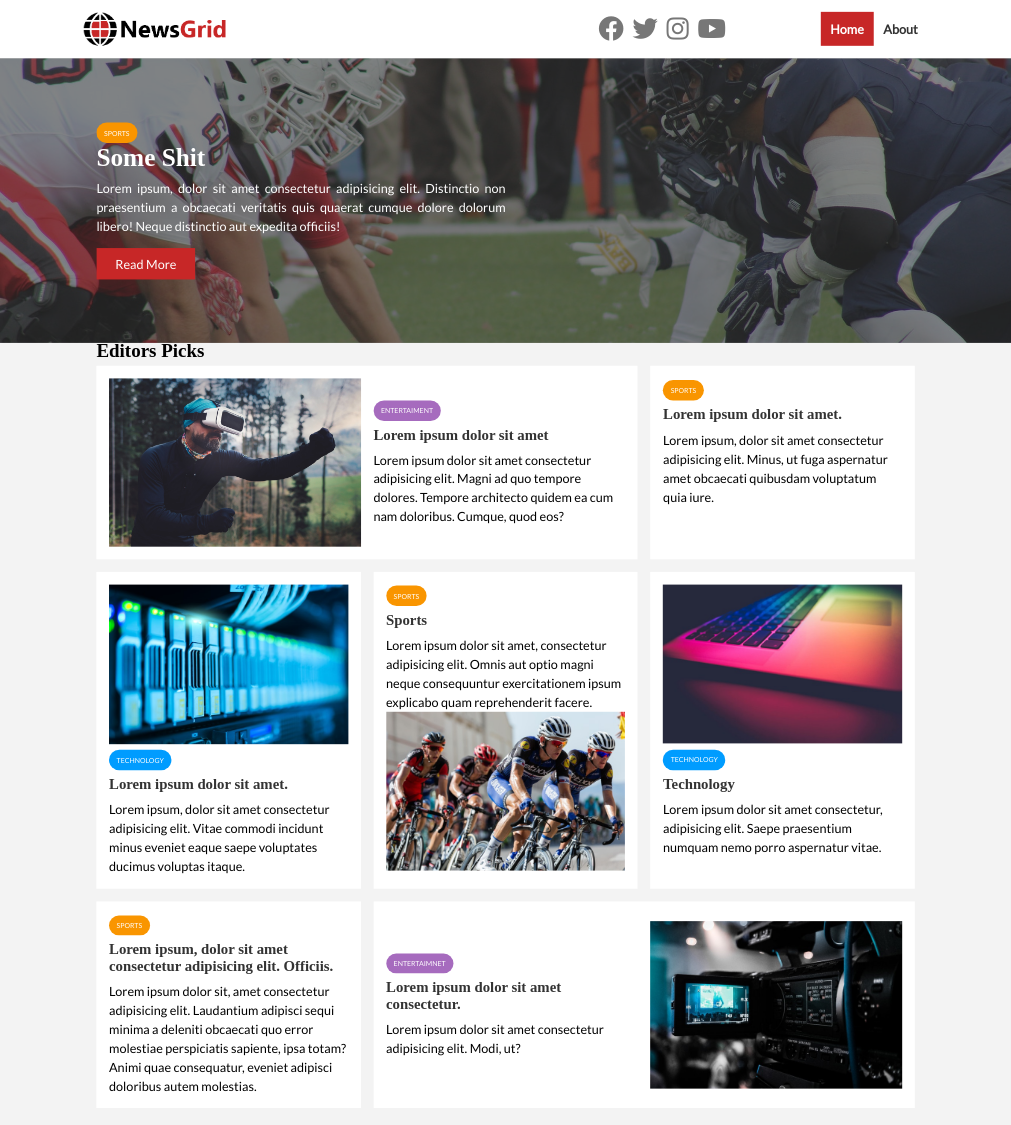
Repository: EswinGiova/NewsGrid
Page: index.html
An editor plug-in stored every save of this project. The page is shown before and after the next save, followed by the edit.
The browser window is 1280 px wide. The pictures show the whole page, at 79% of full size.
Some web libraries are served in a nearby version.

Above is the page before, as saved 2020-09-19 21:14:53.

After the next save:
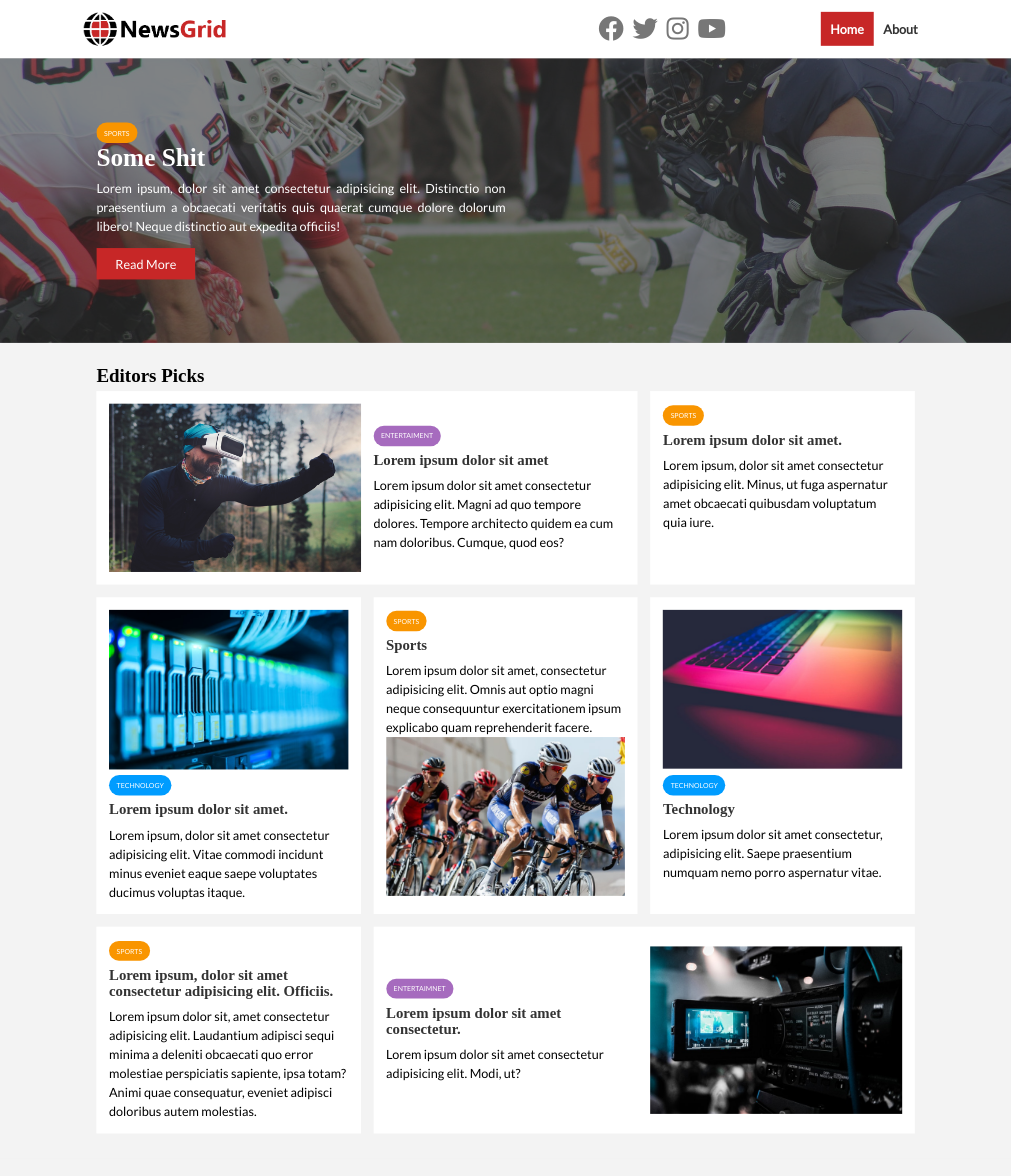
Saved 39 s later.
--- a/css/style.css
+++ b/css/style.css
@@ -126,7 +126,13 @@ h6 {
   color: #fff;
 }
 .py-1 {
-  padding: 1rem 0;
+  padding: 1.5rem 0;
+}
+.py-2 {
+  padding: 2rem 0;
+}
+.py-3 {
+  padding: 3rem 0;
 }
 
 /* Navigation */
